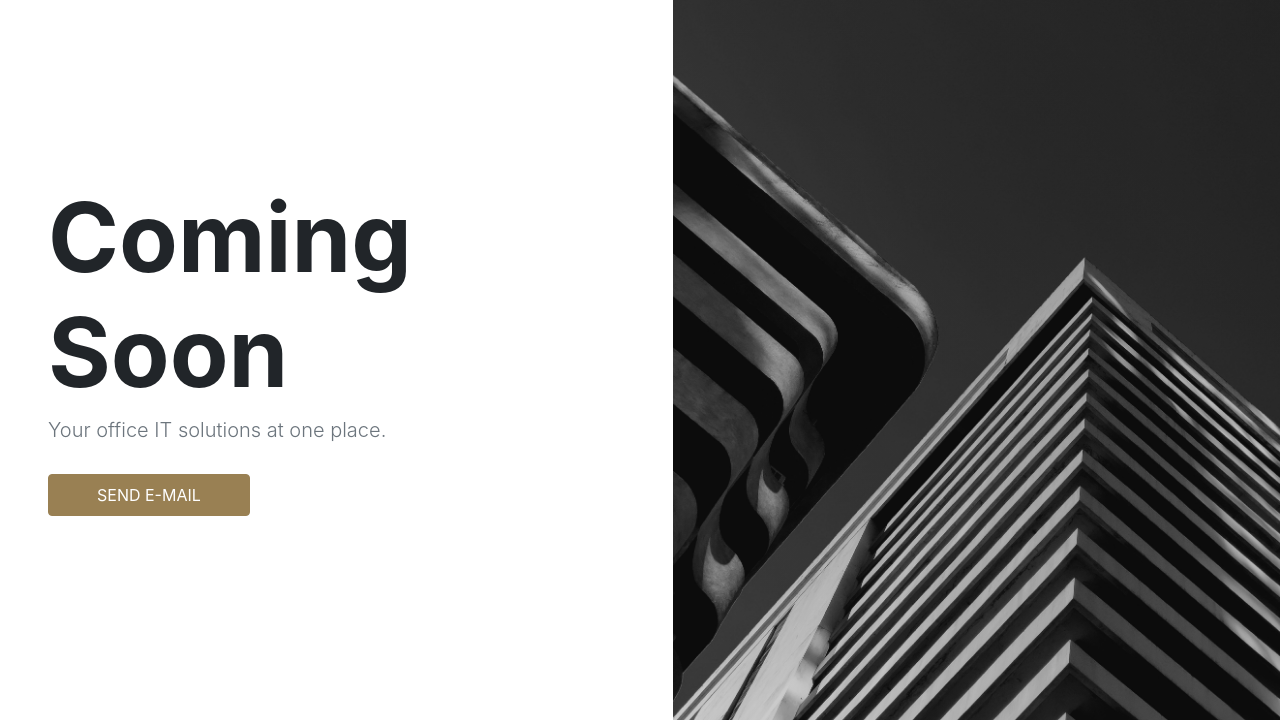
Repository: Thekxgh/website
Page: /
The author's editor kept a copy of each file at every save. The page is drawn from the files as they stood at one save, then again after the next save.
The browser window is 1280 px wide. The pictures show the whole page.
The project was rebuilt for these pictures with package versions that can differ from the ones it lists, and the page was loaded fresh each time.

Above is the page before, as saved 2021-07-14 10:08:56.

### src/index.scss
$primary: #998053;
$dark: #050507;
$light-primary-bg: #DDDEE7;
$light-primary: #DDDEE7;
$theme-colors: (
    "primary": $primary,
    "info": $light-primary,
    "danger": teal,
    "dark": $dark
);

@import '~bootstrap/scss/bootstrap.scss';

.side-img{
 background: linear-gradient(to right, rgba(0, 0, 0, 0.2), rgba(0, 0, 0, 0.2) ), url('./assets/img/background.jpg') no-repeat;
 background-size: cover;
 min-height: 100vh;
}

### src/App.tsx
import React from 'react';
import { LandingPage } from './presentation/LandingPage';

function App() {
  return (
    <LandingPage />
  );
}

export default App;

### src/presentation/LandingPage.tsx
import { Col, Container, Row } from "react-bootstrap"

export const LandingPage = () => {
    return (
    <Container fluid>
        <Row className="min-vh-100 align-items-center">
            <Col className="p-5">
                <h1 className="display-1 font-weight-bold">Coming Soon</h1>
                <h5 className="text-muted font-weight-light">Your office IT solutions at one place.</h5>
                <a className="btn btn-primary px-5 py-2 my-4" href="mailto:contact@thekxgh.com"> SEND E-MAIL </a>
            </Col>
            <Col className="side-img min-vh-100"></Col>
        </Row>
    </Container>
    );
}

Loaded but not shown: public/index.html (common file); src/index.tsx (common file)

After the next save:
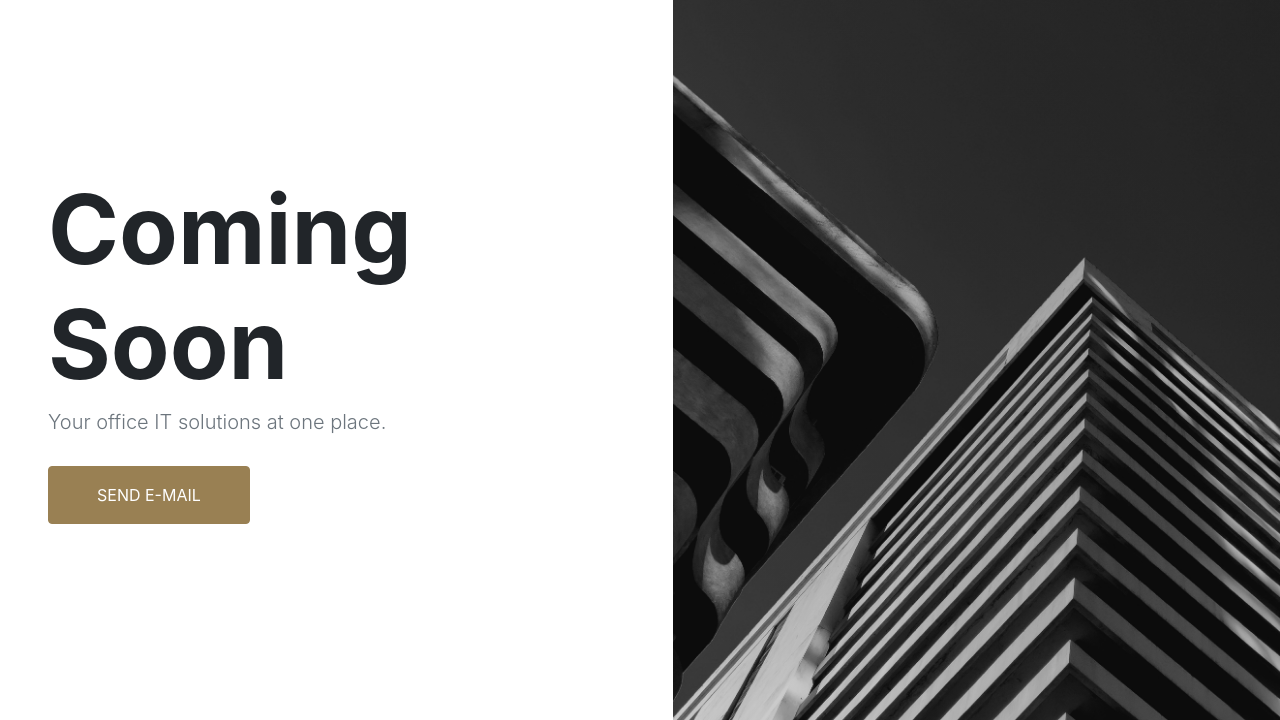
Saved 4 s later.
--- a/src/presentation/LandingPage.tsx
+++ b/src/presentation/LandingPage.tsx
@@ -7,7 +7,7 @@ export const LandingPage = () => {
             <Col className="p-5">
                 <h1 className="display-1 font-weight-bold">Coming Soon</h1>
                 <h5 className="text-muted font-weight-light">Your office IT solutions at one place.</h5>
-                <a className="btn btn-primary px-5 py-2 my-4" href="mailto:contact@thekxgh.com"> SEND E-MAIL </a>
+                <a className="btn btn-primary px-5 py-3 my-4" href="mailto:contact@thekxgh.com"> SEND E-MAIL </a>
             </Col>
             <Col className="side-img min-vh-100"></Col>
         </Row>
